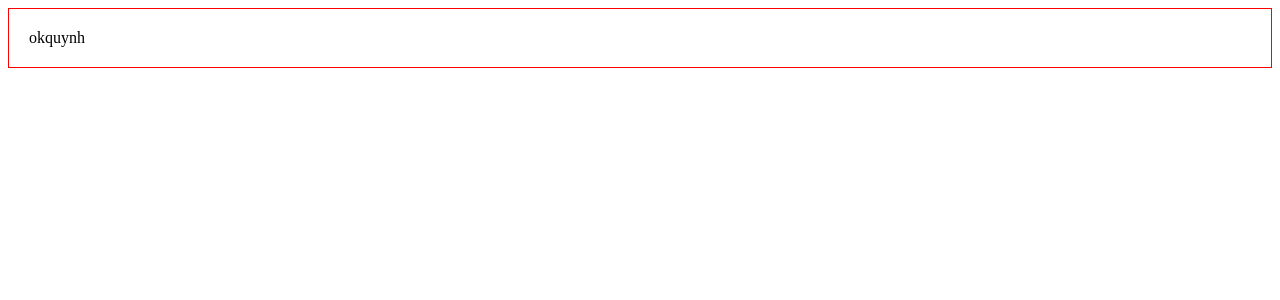
Repository: quynh232000/javascript-basic
Page: Lab5/demo.html
These files come from the project's save history. The page is drawn as it stood at one moment and after the next save; the edit follows.
The browser window is 1280 px wide. The pictures show the whole page.

Above is the page before, as saved 2023-07-27 21:29:05.

### Lab5/demo.html
<!DOCTYPE html>
<html lang="en">
  <head>
    <meta charset="UTF-8" />
    <meta name="viewport" content="width=device-width, initial-scale=1.0" />
    <title>Document</title>
  </head>
  <body>
    <div class="left" style="border: 1px solid red; padding: 20px">okquynh</div>
    <br />
    <div class="right"></div>
    <script>
      let a = document.querySelector(".left");
      let b = document.querySelector(".left");
      a.onclick = () => {
        a.appendChild(a.cloneNode(true));
      };
    </script>
  </body>
</html>

After the next save:
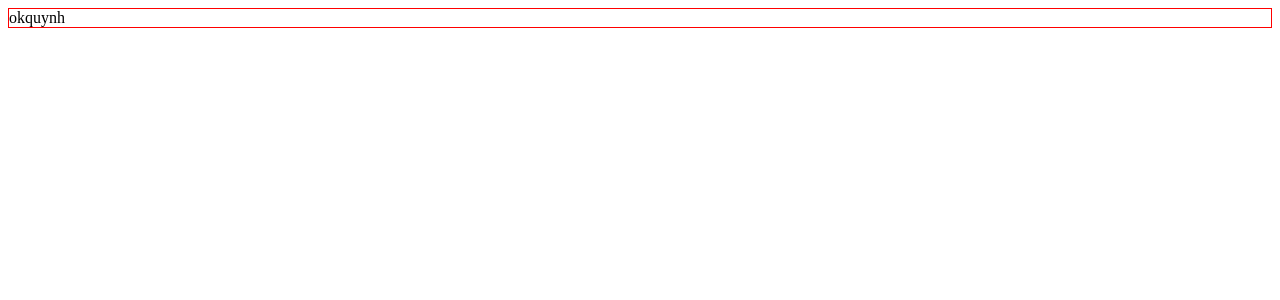
Saved 25 s later.
--- a/Lab5/demo.html
+++ b/Lab5/demo.html
@@ -6,7 +6,7 @@
     <title>Document</title>
   </head>
   <body>
-    <div class="left" style="border: 1px solid red; padding: 20px">okquynh</div>
+    <div class="left" style="border: 1px solid red">okquynh</div>
     <br />
     <div class="right"></div>
     <script>
